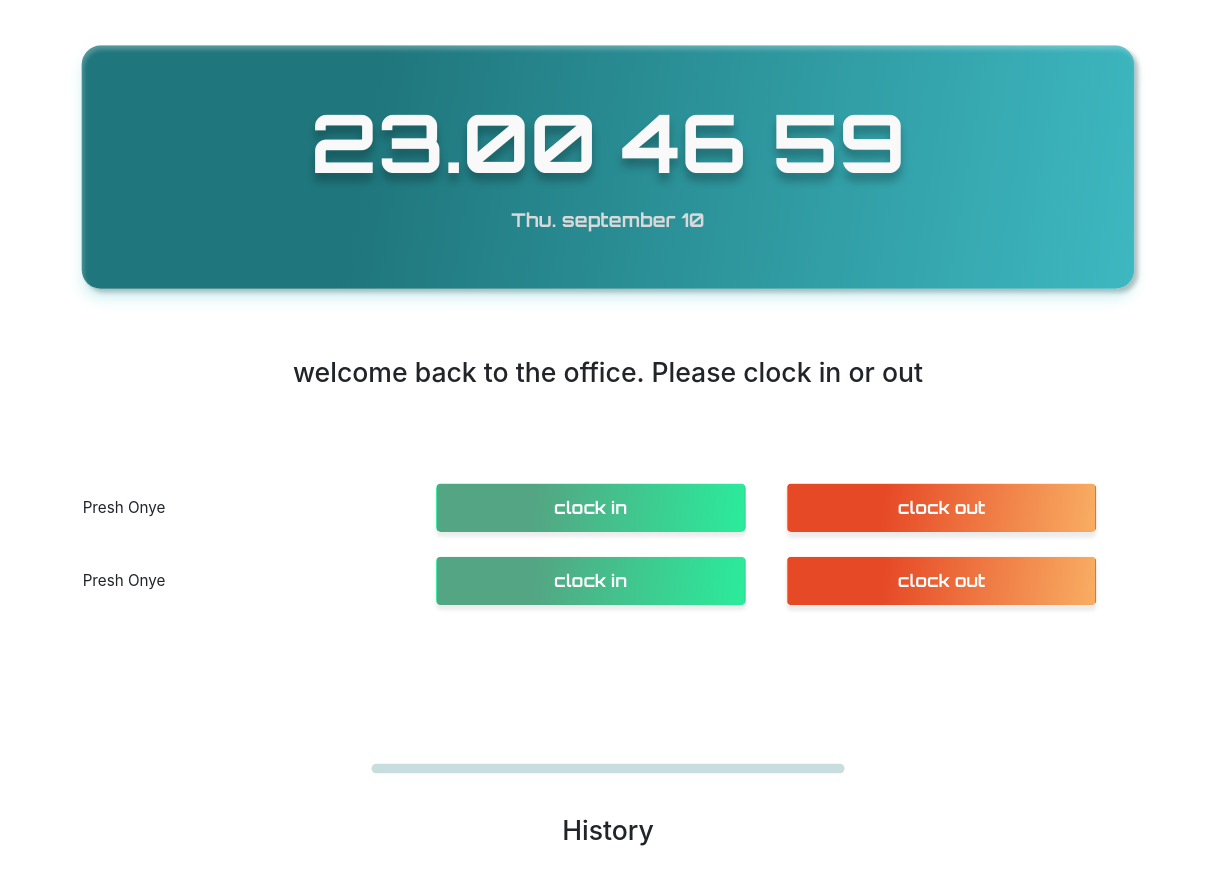
Repository: giprim/clocker
Page: /
An editor plug-in stored every save of this project. The page is shown before and after the next save, followed by the edit.
The browser window is 1280 px wide. The pictures show the whole page, at 95% of full size.
The project was rebuilt for these pictures with package versions that can differ from the ones it lists, and the page was loaded fresh each time.

Above is the page before, as saved 2020-09-11 00:05:42.

### src/App.tsx
import React from 'react';
import './App.css';

function App() {
  const currentTime = () => {
    let date = new Date();

    return `${date
      .getHours()
      .toFixed(2)} ${date.getMinutes()} ${date.getSeconds()}`;
  };

  console.log(currentTime());

  return (
    <div className='container py-4'>
      {/* clock section */}
      <div className='clock-box effect p-2 py-md-5 mt-4'>
        <div className='row'>
          <div className='col-12'>
            <h4 className='display-3 text-center'>
              {currentTime().toString()}
            </h4>
          </div>
          <div className='col-12 text-center mt-2 mb-1'>
            <h6>Thu. september 10</h6>
          </div>
        </div>
      </div>

      {/* welcome  */}
      <p className='text-center my-5 py-4 h3'>
        welcome back to the office. Please clock in or out
      </p>

      <table>
        <thead>
          <tr>
            <th></th>
            <th></th>
            <th></th>
          </tr>
        </thead>
        <tbody>
          <tr>
            <td>Presh Onye</td>
            <td className='row justify-content-evenly'>
              <button className='btn clockin col-5'> clock in</button>
              <button className='btn clockout col-5'> clock out</button>
            </td>
          </tr>
          <tr>
            <td>Presh Onye</td>
            <td className='row justify-content-evenly'>
              <button className='btn clockin col-5'> clock in</button>
              <button className='btn clockout col-5'> clock out</button>
            </td>
          </tr>
        </tbody>
      </table>

      <hr />
      <h3 className='text-center'>History</h3>
    </div>
  );
}

export default App;

### src/App.css
@import url('https://fonts.googleapis.com/css2?family=Orbitron:wght@400;500;600;700;800;900&family=Work+Sans:ital,wght@0,100;0,200;0,400;0,600;0,700;1,500&display=swap');

.clock-box {
  background: linear-gradient(99.35deg, #1f767c 26.99%, #42c1ca 110.13%);
  box-shadow: 0px 10px 15px rgba(66, 193, 202, 0.23),
    4px 4px 5px rgba(0, 0, 0, 0.25), inset 2px 4px 5px rgba(255, 255, 255, 0.25);
  border-radius: 20px;
  position: relative;
  z-index: 10;
}

.clock-box h4 {
  font-family: Orbitron;
  font-style: normal;
  font-weight: bold;
  font-size: 85px;
  line-height: 107px;
  /* identical to box height */

  color: #f9f9f9;

  text-shadow: 0px 9px 9px rgba(0, 0, 0, 0.25);
}

.clock-box h6 {
  font-family: Orbitron;
  font-style: normal;
  font-weight: bold;
  font-size: 20px;
  line-height: 25px;
  /* identical to box height */

  color: #d9d9d9;
}

.clockout,
.clockin {
  font-family: Orbitron;
  font-style: normal;
  font-weight: bold;
  font-size: 18px;
  line-height: 23px;
  /* identical to box height */
  padding-top: 13px;
  padding-bottom: 13px;
  color: #ffffff;
  transition: ease-in 0.13s;
}

/* table.table {
  border: none;
} */

.clockin:hover,
.clockout:hover {
  color: white;
  transform: translateY(-5px);
}

.clockin {
  background: linear-gradient(97.12deg, #54a583 31.21%, #21fca1 115.81%);
  box-shadow: 0px 5px 4px rgba(128, 128, 128, 0.15);
  border-radius: 5px;
}

.clockout {
  background: linear-gradient(
    97.12deg,
    #e64926 31.21%,
    rgba(252, 176, 63, 0.74) 115.81%
  );
  box-shadow: 0px 6px 4px rgba(128, 128, 128, 0.15);
  border-radius: 5px;
}

table {
  width: 100%;
}

table tr td {
  padding-top: 25px;
}

hr {
  border-radius: 15px;
  margin: 4% auto;
  margin-top: 15%;
  width: 45%;
  padding: 5px;
  background: #20777c;
}

.staff {
  font-family: Work Sans;
  font-style: normal;
  font-weight: 600;
  font-size: 20px;
  line-height: 23px;
  display: flex;
  align-items: center;

  color: #333333;
}

Loaded but not shown: public/index.html (common file); src/index.tsx (common file); src/index.css (common file); src/serviceWorker.ts (common file)

After the next save:
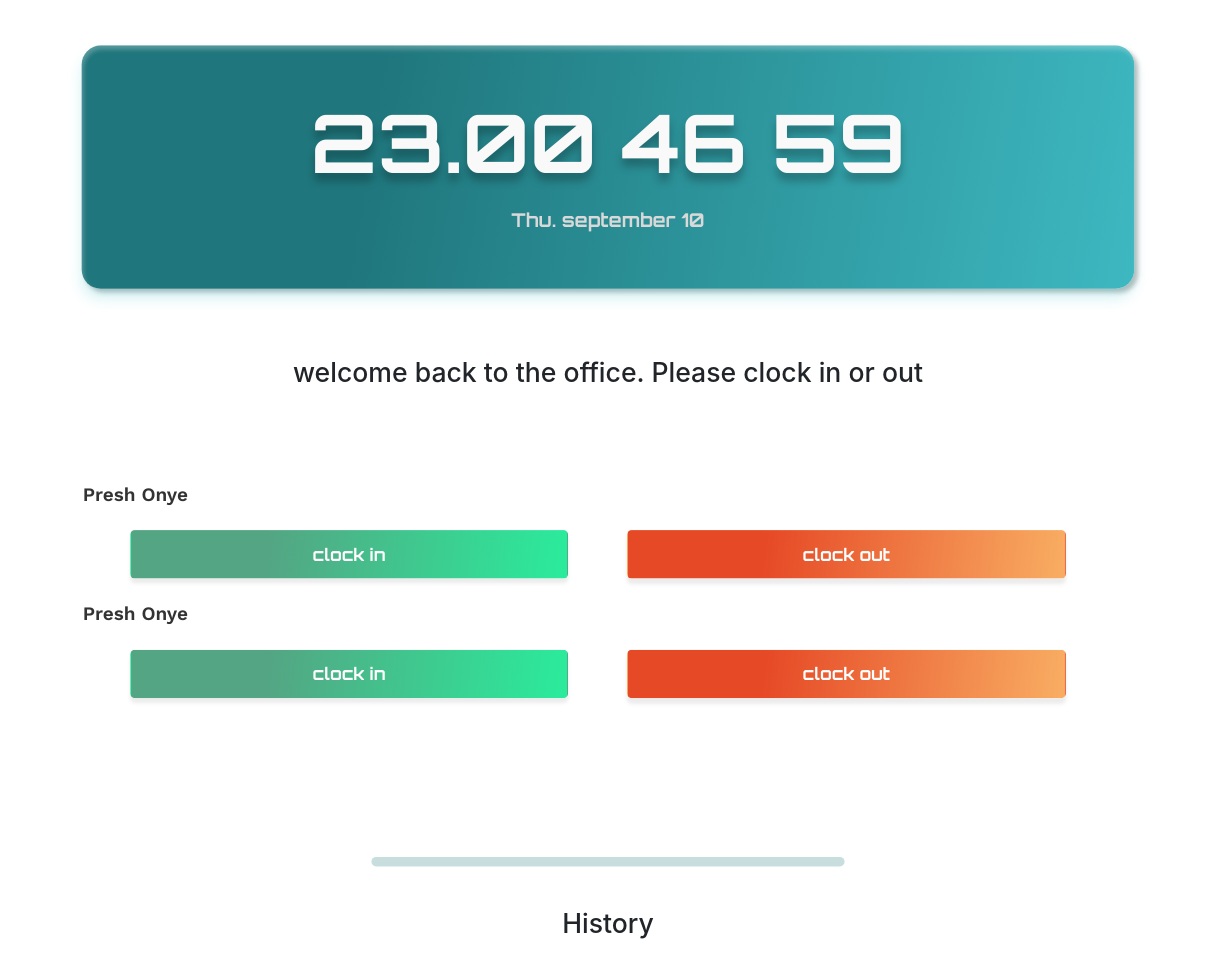
Saved 6 s later.
--- a/src/App.tsx
+++ b/src/App.tsx
@@ -43,14 +43,14 @@ function App() {
         </thead>
         <tbody>
           <tr>
-            <td>Presh Onye</td>
+            <td className='staff'>Presh Onye</td>
             <td className='row justify-content-evenly'>
               <button className='btn clockin col-5'> clock in</button>
               <button className='btn clockout col-5'> clock out</button>
             </td>
           </tr>
           <tr>
-            <td>Presh Onye</td>
+            <td className='staff'>Presh Onye</td>
             <td className='row justify-content-evenly'>
               <button className='btn clockin col-5'> clock in</button>
               <button className='btn clockout col-5'> clock out</button>
